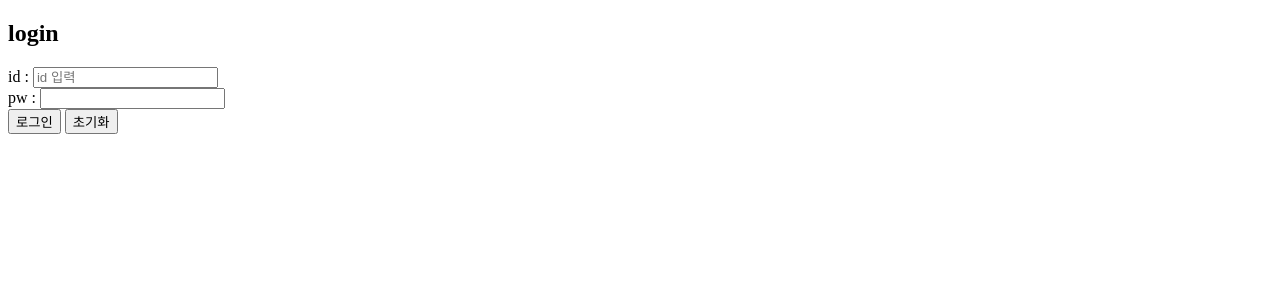
Repository: qqqwwwddd/JSP-Servlet
Page: step01_basic/WebContent/login.html
An editor plug-in stored every save of this project. The page is shown before and after the next save, followed by the edit.
The browser window is 1280 px wide. The pictures show the whole page.

Above is the page before, as saved 2022-06-21 08:39:28.

After the next save:
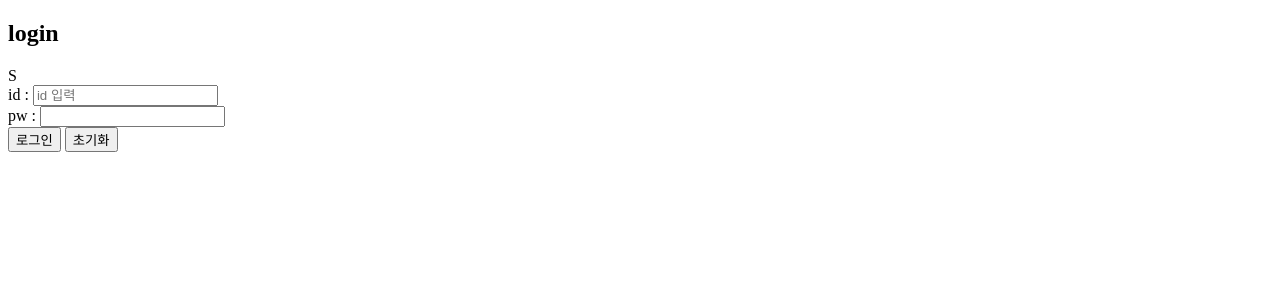
Saved 6 s later.
--- a/step01_basic/WebContent/login.html
+++ b/step01_basic/WebContent/login.html
@@ -7,7 +7,7 @@
 <body>
 	<h2>login</h2>
 	<!-- id/pw 입력 양식(입력 폼) : 입력 폼 + 전송 버튼 -> url : /check -->
-
+S
 <form action="check" method="POST">
 	id : <input type="text" name="id" placeholder="id 입력"> <br/>
 	pw : <input type="password" name="pw"> <br/>

After the save that followed:
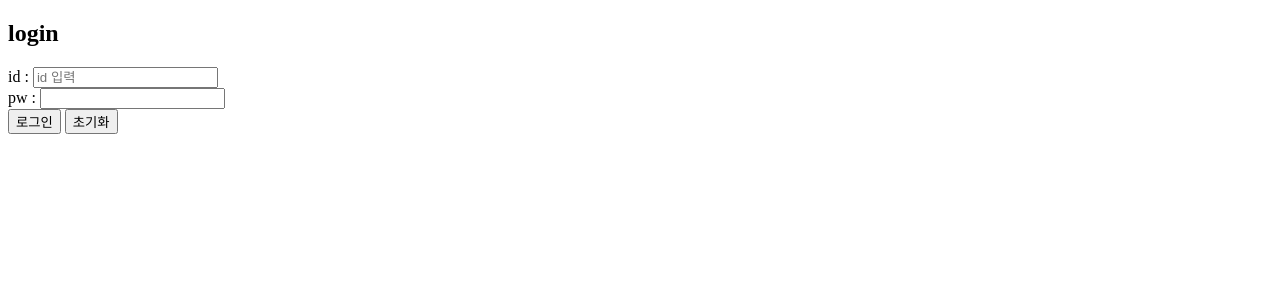
Saved 2 min 28 s later.
--- a/step01_basic/WebContent/login.html
+++ b/step01_basic/WebContent/login.html
@@ -6,9 +6,7 @@
 </head>
 <body>
 	<h2>login</h2>
-	<!-- id/pw 입력 양식(입력 폼) : 입력 폼 + 전송 버튼 -> url : /check -->
-S
-<form action="check" method="POST">
+	<!-- id/pw 입력 양식(입력 폼) : 입력 폼 + 전송 버튼 -> url : /check --><form action="check" method="POST">
 	id : <input type="text" name="id" placeholder="id 입력"> <br/>
 	pw : <input type="password" name="pw"> <br/>
 
